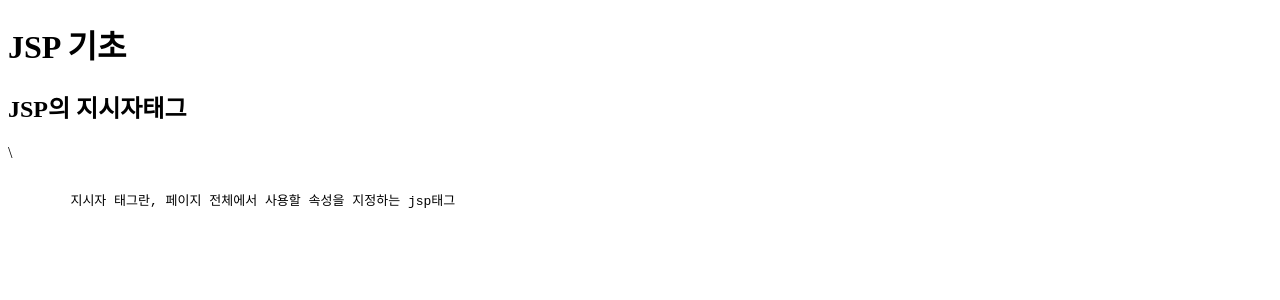
Repository: vaynel/StudyFile
Page: http://localhost/spring04_jsp/study
The author's editor kept a copy of each file at every save. The page is drawn from the files as they stood at one save, then again after the next save.
The browser window is 1280 px wide. The pictures show the whole page.
The page is served by Tomcat 9. Other server files are loaded and not shown.

Above is the page before, as saved 2023-01-19 05:44:56.

### H_spring/spring04_jsp/WebContent/WEB-INF/views/study.jsp
<%@ page language="java" contentType="text/html; charset=UTF-8"
    pageEncoding="UTF-8"%>
<!DOCTYPE html>
<html>
<head>
<meta charset="UTF-8">
<title>Insert title here</title>
</head>
<body>
	<h1>JSP 기초</h1>

	<h2><%= request.getAttribute("tit1") %></h2>\
	<pre>
	지시자 태그란, 페이지 전체에서 사용할 속성을 지정하는 jsp태그



	</pre>



</body>
</html>

### H_spring/spring04_jsp/ src/com/mc/jsp/A_JSP.java
package com.mc.jsp;

import java.io.IOException;
import javax.servlet.ServletException;
import javax.servlet.annotation.WebServlet;
import javax.servlet.http.HttpServlet;
import javax.servlet.http.HttpServletRequest;
import javax.servlet.http.HttpServletResponse;

/**
 * Servlet implementation class A_JSP
 */
@WebServlet("/study")
public class A_JSP extends HttpServlet {
	private static final long serialVersionUID = 1L;

    /**
     * @see HttpServlet#HttpServlet()
     */
    public A_JSP() {
        super();
        // TODO Auto-generated constructor stub
    }

	/**
	 * @see HttpServlet#doGet(HttpServletRequest request, HttpServletResponse response)
	 */
	protected void doGet(HttpServletRequest request, HttpServletResponse response) throws ServletException, IOException {


		System.out.println("/study");
		request.setAttribute("tit1", "JSP의 지시자태그");
		request.getRequestDispatcher("/WEB-INF/views/study.jsp").forward(request, response);

	}

	/**
	 * @see HttpServlet#doPost(HttpServletRequest request, HttpServletResponse response)
	 */
	protected void doPost(HttpServletRequest request, HttpServletResponse response) throws ServletException, IOException {
		// TODO Auto-generated method stub
		doGet(request, response);
	}

}

After the next save:
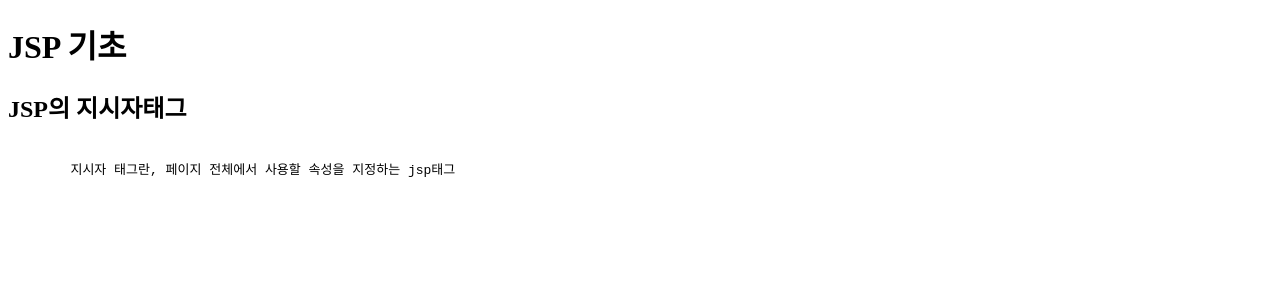
Saved 41 s later.
--- a/H_spring/spring04_jsp/WebContent/WEB-INF/views/study.jsp
+++ b/H_spring/spring04_jsp/WebContent/WEB-INF/views/study.jsp
@@ -9,7 +9,7 @@
 <body>
 	<h1>JSP 기초</h1>
 
-	<h2><%= request.getAttribute("tit1") %></h2>\
+	<h2><%= request.getAttribute("tit1") %></h2>
 	<pre>
 	지시자 태그란, 페이지 전체에서 사용할 속성을 지정하는 jsp태그
 
